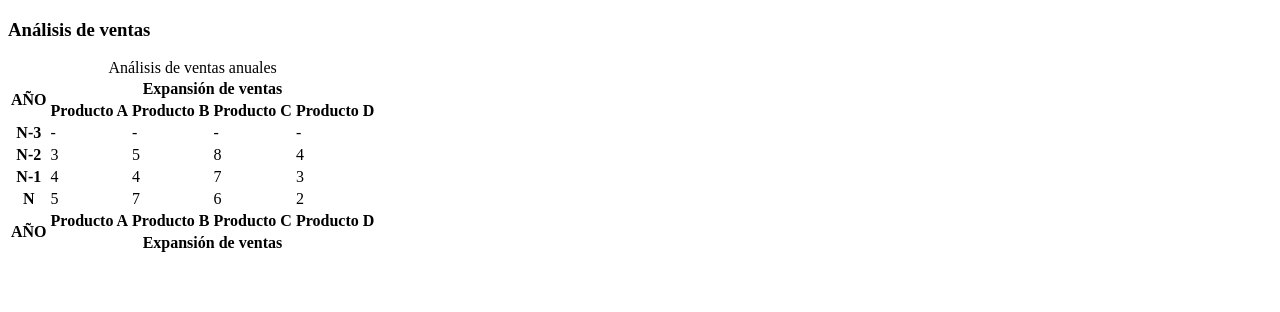
Repository: GonzaDelgado/JavaProjects
Page: modulo_html/WebContent/Tablas_Avanzadas.html
The author's editor kept a copy of each file at every save. The page is drawn from the files as they stood at one save, then again after the next save.
The browser window is 1280 px wide. The pictures show the whole page.

Above is the page before, as saved 2021-02-08 13:21:47.

### modulo_html/WebContent/Tablas_Avanzadas.html
<!DOCTYPE html>
<html>
<head>
<meta charset="UTF-8">
<title>Tabla avanzada</title>
</head>
<body>
	<h3>Análisis de ventas</h3>
		<table summary="Análisis de ventas anuales">
			<caption>Análisis de ventas anuales</caption>
			<thead>
				<tr>
					<th rowspan="2" scope="col">AÑO</th>
					<th colspan="4" scope="col">Expansión de ventas</th>
				</tr>
				<tr>
					<th scope="col">Producto A</th>
					<th scope="col">Producto B</th>
					<th scope="col">Producto C</th>
					<th scope="col">Producto D</th>
				</tr>
			</thead>
			<tfoot>
				<tr>
					<th rowspan="2" scope="col">AÑO</th>
					<th scope="col">Producto A</th>
					<th scope="col">Producto B</th>
					<th scope="col">Producto C</th>
					<th scope="col">Producto D</th>
				</tr>
				<tr>
					<th colspan="4" scope="col">Expansión de ventas</th>
				</tr>
			</tfoot>
			<tbody>
				<tr>
					<th scope="row">N-3</th><td>-</td><td>-</td><td>-</td><td>-</td>
				</tr>
				<tr>
					<th scope="row">N-2</th><td>3</td><td>5</td><td>8</td><td>4</td>
				</tr>
				<tr>
					<th scope="row">N-1</th><td>4</td><td>4</td><td>7</td><td>3</td>
				</tr>
				<tr>
					<th scope="row">N</th><td>5</td><td>7</td><td>6</td><td>2</td>
				</tr>
			</tbody>
		</table>
</body>
</html>

After the next save:
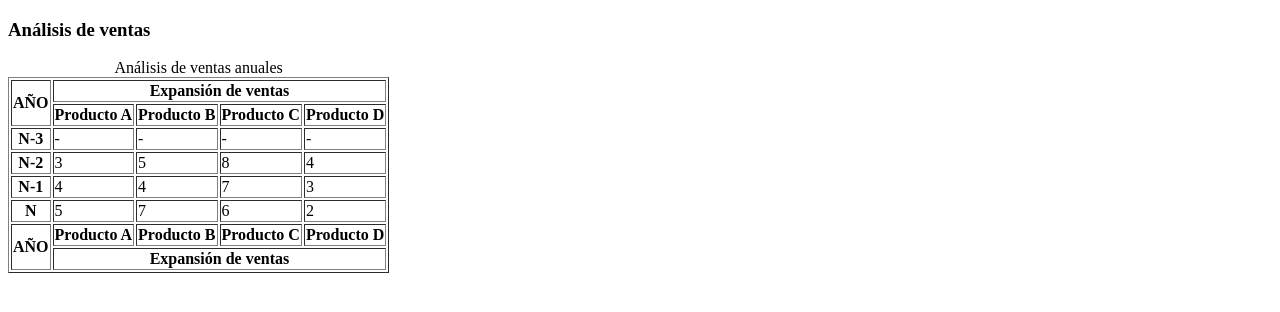
Saved 6 min 47 s later.
--- a/modulo_html/WebContent/Tablas_Avanzadas.html
+++ b/modulo_html/WebContent/Tablas_Avanzadas.html
@@ -6,7 +6,7 @@
 </head>
 <body>
 	<h3>Análisis de ventas</h3>
-		<table summary="Análisis de ventas anuales">
+		<table border = "1" summary="Análisis de ventas anuales">
 			<caption>Análisis de ventas anuales</caption>
 			<thead>
 				<tr>
